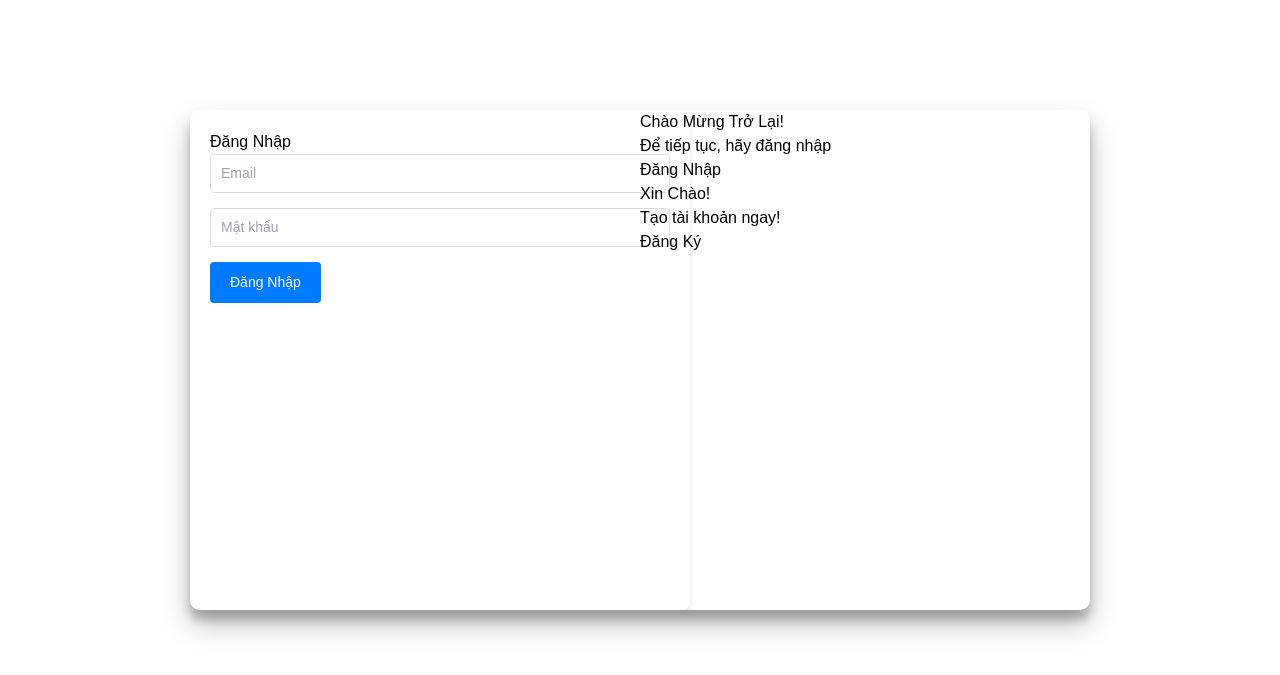
Repository: BlackWolf2002/project_airbn_react
Page: /login
These files come from the project's save history. The page is drawn as it stood at one moment and after the next save; the edit follows.
The browser window is 1280 px wide. The pictures show the whole page.
The project was rebuilt for these pictures with package versions that can differ from the ones it lists, and the page was loaded fresh each time. Also part of the build but not shown: vite.config.js, src/api/apiService.js, src/style/Home.css, src/components/Navbar.jsx, src/style/Footer.css, src/components/Footer.jsx, src/components/Home.jsx, src/style/Admin.css and 18 more.

Above is the page before, as saved 2025-02-16 19:30:50.

### src/App.jsx
import React from "react";
import {
    BrowserRouter as Router,
    Route,
    Routes,
    Navigate,
} from "react-router-dom";
import { AuthProvider } from "./contexts/AuthContext";
import Home from "./components/Home";
import Login from "./pages/Login";
import AdminPage from "./pages/AdminPage";
import AdminRoute from "./routes/AdminRoute";
import RoomManagement from "./pages/RoomManagement";
import ViTri from "./pages/ViTri";
import BookingManagement from "./pages/BookingManagement";

function App() {
    return (
        <AuthProvider>
            <Router>
                <Routes>
                    <Route path="/" element={<Home />} />
                    <Route path="/login" element={<Login />} />
                    <Route path="/register" element={<Login />} />

                    {/* Nếu vào /admin, tự động chuyển hướng đến /admin/users */}
                    <Route
                        path="/admin"
                        element={<Navigate to="/admin/users" />}
                    />

                    {/* Route cho trang Admin */}
                    <Route
                        path="/admin/users"
                        element={
                            <AdminRoute>
                                <AdminPage />
                            </AdminRoute>
                        }
                    />

                    {/* Route cho quản lý Room */}
                    <Route
                        path="/admin/rooms"
                        element={
                            <AdminRoute>
                                <RoomManagement />
                            </AdminRoute>
                        }
                    />

                    {/* Route cho quản lý Vị Trí*/}
                    <Route
                        path="/admin/locations"
                        element={
                            <AdminRoute>
                                <ViTri />
                            </AdminRoute>
                        }
                    />

                    {/* Route cho quản lý Booking*/}
                    <Route
                        path="/admin/bookings"
                        element={
                            <AdminRoute>
                                <BookingManagement />
                            </AdminRoute>
                        }
                    />
                </Routes>
            </Router>
        </AuthProvider>
    );
}

export default App;

### src/contexts/AuthContext.jsx
import React, { createContext, useState, useEffect } from "react";

export const AuthContext = createContext();

export const AuthProvider = ({ children }) => {
    const [user, setUser] = useState(null);

    useEffect(() => {
        const storedUser = localStorage.getItem("user");
        if (storedUser) {
            setUser(JSON.parse(storedUser));
        }
    }, []);

    const loginUser = (userData) => {
        setUser(userData);
        localStorage.setItem("user", JSON.stringify(userData));
    };

    const logout = () => {
        setUser(null);
        localStorage.removeItem("user");
        localStorage.removeItem("token");
    };

    return (
        <AuthContext.Provider value={{ user, loginUser, logout }}>
            {children}
        </AuthContext.Provider>
    );
};

### src/pages/Login.jsx
import React, { useState, useContext } from "react";
import { AuthContext } from "../contexts/AuthContext";
import { login, register } from "../api/authService";
import { useNavigate } from "react-router-dom";
import "../style/Login.css";

const Login = () => {
    const { loginUser } = useContext(AuthContext);
    const navigate = useNavigate();
    const [formData, setFormData] = useState({ email: "", password: "" });
    const [isLogin, setIsLogin] = useState(true);
    const [message, setMessage] = useState("");

    const handleChange = (e) => {
        setFormData({ ...formData, [e.target.name]: e.target.value });
    };

    const handleSubmit = async (e) => {
        e.preventDefault();
        try {
            if (isLogin) {
                const data = await login(formData.email, formData.password);
                if (!data || !data.user) {
                    setMessage("Email hoặc mật khẩu không đúng!");
                    return;
                }
                loginUser(data.user);
                localStorage.setItem("token", data.token);
                localStorage.setItem("user", JSON.stringify(data.user));
                if (data.user.role === "ADMIN") {
                    navigate("/admin");
                } else {
                    navigate("/");
                }
            } else {
                await register(formData);
                setMessage("Đăng ký thành công! Hãy đăng nhập.");
                setIsLogin(true);
            }
        } catch (error) {
            setMessage("Có lỗi xảy ra! Vui lòng thử lại.");
        }
    };

    return (
        <div
            className={`container-login ${
                !isLogin ? "right-panel-active" : ""
            }`}
        >
            <div className="form-container sign-in-container">
                <form onSubmit={handleSubmit}>
                    <h1>Đăng Nhập</h1>
                    <input
                        type="email"
                        name="email"
                        placeholder="Email"
                        onChange={handleChange}
                        required
                    />
                    <input
                        type="password"
                        name="password"
                        placeholder="Mật khẩu"
                        onChange={handleChange}
                        required
                    />
                    <button type="submit">Đăng Nhập</button>
                    <p className="message">{message}</p>
                </form>
            </div>

            <div className="form-container sign-up-container">
                <form onSubmit={handleSubmit}>
                    <h1>Đăng Ký</h1>
                    <input
                        type="text"
                        name="name"
                        placeholder="Tên"
                        onChange={handleChange}
                        required
                    />
                    <input
                        type="email"
                        name="email"
                        placeholder="Email"
                        onChange={handleChange}
                        required
                    />
                    <input
                        type="password"
                        name="password"
                        placeholder="Mật khẩu"
                        onChange={handleChange}
                        required
                    />
                    <button type="submit">Đăng Ký</button>
                    <p className="message">{message}</p>
                </form>
            </div>

            <div className="overlay-container">
                <div className="overlay">
                    <div className="overlay-panel overlay-left">
                        <h1>Chào Mừng Trở Lại!</h1>
                        <p>Để tiếp tục, hãy đăng nhập</p>
                        <button
                            className="ghost"
                            onClick={() => setIsLogin(true)}
                        >
                            Đăng Nhập
                        </button>
                    </div>
                    <div className="overlay-panel overlay-right">
                        <h1>Xin Chào!</h1>
                        <p>Tạo tài khoản ngay!</p>
                        <button
                            className="ghost"
                            onClick={() => setIsLogin(false)}
                        >
                            Đăng Ký
                        </button>
                    </div>
                </div>
            </div>
        </div>
    );
};

export default Login;

### src/api/authService.js
import axios from "axios";

const API_URL = "https://airbnbnew.cybersoft.edu.vn/api/auth";
const TOKEN_CYBERSOFT =
    "eyJhbGciOiJIUzI1NiIsInR5cCI6IkpXVCJ9.eyJ0ZW5Mb3AiOiJOb2RlanMgNDgiLCJIZXRIYW5TdHJpbmciOiIxNi8wOC8yMDI1IiwiSGV0SGFuVGltZSI6IjE3NTUzMDI0MDAwMDAiLCJuYmYiOjE3MzU5MjM2MDAsImV4cCI6MTc1NTQ1MDAwMH0.qhz1imNFTn5VsERO5GZAfbkm944w0Vguuy5WQFo_d0Y";

// Hàm đăng nhập
export const login = async (email, password) => {
    try {
        const response = await fetch("https://your-api-url.com/login", {
            method: "POST",
            headers: {
                "Content-Type": "application/json",
            },
            body: JSON.stringify({ email, password }),
        });

        if (!response.ok) {
            throw new Error("Lỗi đăng nhập! Vui lòng kiểm tra lại.");
        }

        const data = await response.json();
        return data;
    } catch (error) {
        console.error("Lỗi trong quá trình đăng nhập:", error);
        return null;
    }
};

// Hàm đăng ký
export const register = async (userData) => {
    try {
        const response = await axios.post(`${API_URL}/signup`, userData, {
            headers: {
                "Content-Type": "application/json",
                TokenCybersoft: TOKEN_CYBERSOFT,
            },
        });

        return response.data;
    } catch (error) {
        console.error("Lỗi đăng ký:", error);
        throw error.response ? error.response.data : error;
    }
};

### src/style/Login.css
.container-login {
    display: flex;
    justify-content: center;
    align-items: center;
    position: absolute;
    top: 50%;
    left: 50%;
    transform: translate(-50%, -50%);
    width: 90%;
    max-width: 900px;
    min-height: 500px;
    background-color: #fff;
    border-radius: 10px;
    box-shadow: 0 14px 28px rgba(0, 0, 0, 0.25), 0 10px 10px rgba(0, 0, 0, 0.22);
    font-family: "Montserrat", sans-serif;
    overflow: hidden;
}

.form-container {
    width: 50%;
    padding: 50px;
}

.sign-in-container,
.sign-up-container {
    position: absolute;
    top: 0;
    width: 50%;
    height: 100%;
    transition: transform 0.6s ease-in-out;
}

.sign-in-container {
    left: 0;
    z-index: 2;
}

.container-login.right-panel-active .sign-in-container {
    transform: translateX(100%);
    opacity: 0;
}

.sign-up-container {
    left: 50%;
    z-index: 1;
    opacity: 0;
}

.container-login.right-panel-active .sign-up-container {
    transform: translateX(-50%);
    opacity: 1;
    z-index: 5;
}

.overlay-container {
    position: absolute;
    top: 0;
    left: 50%;
    width: 50%;
    height: 100%;
    overflow: hidden;
    transition: transform 0.6s ease-in-out;
    z-index: 100;
}

.container-login.right-panel-active .overlay-container {
    transform: translateX(-100%);
}

### src/style/RoomForm.css
.form-overlay {
    position: fixed;
    top: 0;
    left: 0;
    width: 100%;
    height: 100%;
    background: rgba(0, 0, 0, 0.5);
    display: flex;
    justify-content: center;
    align-items: center;
    z-index: 1000;
}

.form-container {
    background: #fff;
    border-radius: 8px;
    width: 500px;
    max-width: 90%;
    padding: 20px;
    box-shadow: 0 4px 6px rgba(0, 0, 0, 0.1);
    animation: fadeIn 0.3s ease-in-out;
}

@keyframes fadeIn {
    from {
        opacity: 0;
        transform: translateY(-20px);
    }
    to {
        opacity: 1;
        transform: translateY(0);
    }
}

h2 {
    margin-bottom: 20px;
    font-size: 20px;
    font-weight: bold;
    color: #333;
    text-align: center;
}

form label {
    display: block;
    font-weight: bold;
    margin-bottom: 5px;
    color: #555;
}

form input,
form select,
form textarea {
    width: 100%;
    padding: 8px 10px;
    margin-bottom: 15px;
    border: 1px solid #ddd;
    border-radius: 4px;
    font-size: 14px;
}

form input[type="file"] {
    border: none;
}

form textarea {
    resize: none;
    height: 80px;
}

form .checkbox-group {
    display: grid;
    grid-template-columns: repeat(2, 1fr);
    gap: 10px;
    margin-bottom: 15px;
}

form .checkbox-group label {
    display: flex;
    align-items: center;
    font-size: 14px;
    gap: 5px;
    font-weight: normal;
}

.form-actions {
    display: flex;
    justify-content: space-between;
    margin-top: 20px;
}

form button {
    padding: 10px 20px;
    font-size: 14px;
    border: none;
    border-radius: 4px;
    cursor: pointer;
    transition: background 0.3s;
}

form button[type="submit"] {
    background: #007bff;
    color: white;
}

form button[type="button"] {
    background: #e0e0e0;
    color: #555;
}

form button[type="submit"]:hover {
    background: #0056b3;
}

form button[type="button"]:hover {
    background: #d6d6d6;
}

### tailwind.config.js
/** @type {import('tailwindcss').Config} */
export default {
  content: ["./src/**/*.{js,jsx,ts,tsx}"],
  theme: {
      extend: {},
  },
  plugins: [],
};

Loaded but not shown: index.html (common file); src/main.jsx (common file); src/index.css (common file)

After the next save:
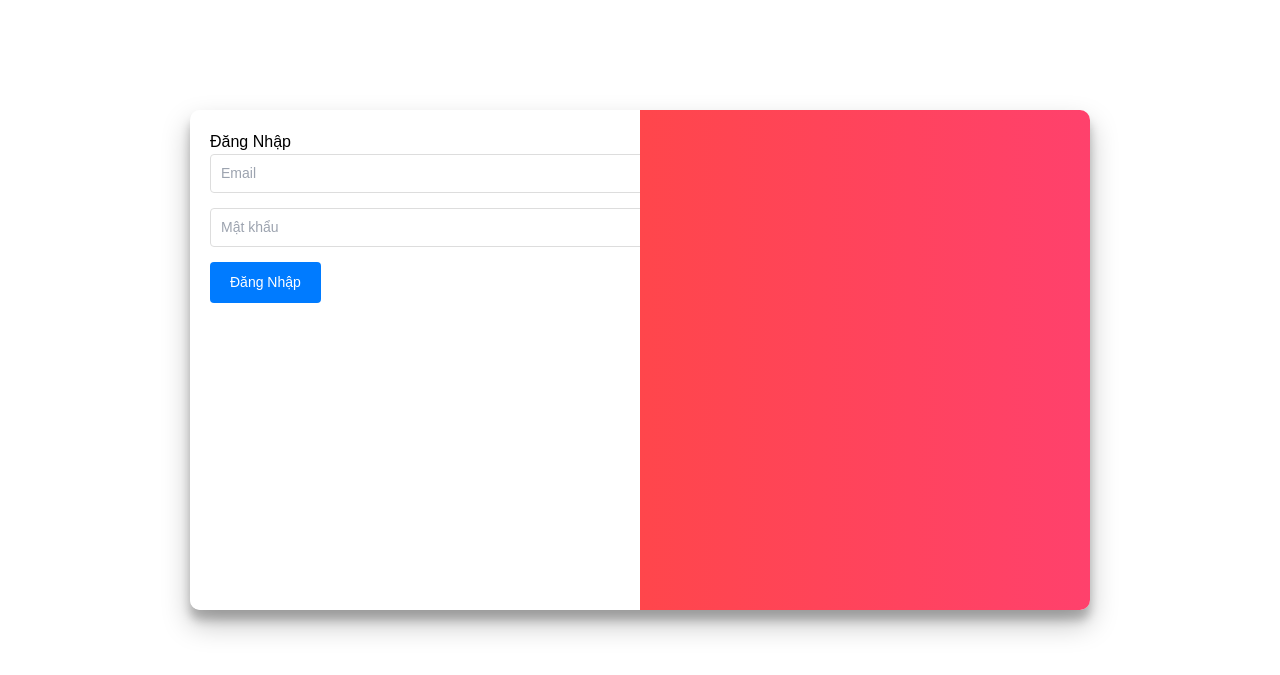
Saved 64 s later.
--- a/src/style/Login.css
+++ b/src/style/Login.css
@@ -60,9 +60,30 @@
     height: 100%;
     overflow: hidden;
     transition: transform 0.6s ease-in-out;
-    z-index: 100;
+    z-index: 10;
 }
 
+/* Khi active, overlay dịch sang trái */
 .container-login.right-panel-active .overlay-container {
     transform: translateX(-100%);
 }
+
+/* Hiệu ứng chuyển đổi giữa 2 panel */
+.overlay {
+    background: linear-gradient(to right, #ff4b2b, #ff416c);
+    background-repeat: no-repeat;
+    background-size: cover;
+    background-position: 0 0;
+    color: #ffffff;
+    position: relative;
+    left: -100%;
+    height: 100%;
+    width: 200%;
+    transform: translateX(0);
+    transition: transform 0.6s ease-in-out;
+}
+
+/* Khi active, overlay sẽ dịch chuyển */
+.container-login.right-panel-active .overlay {
+    transform: translateX(50%);
+}
